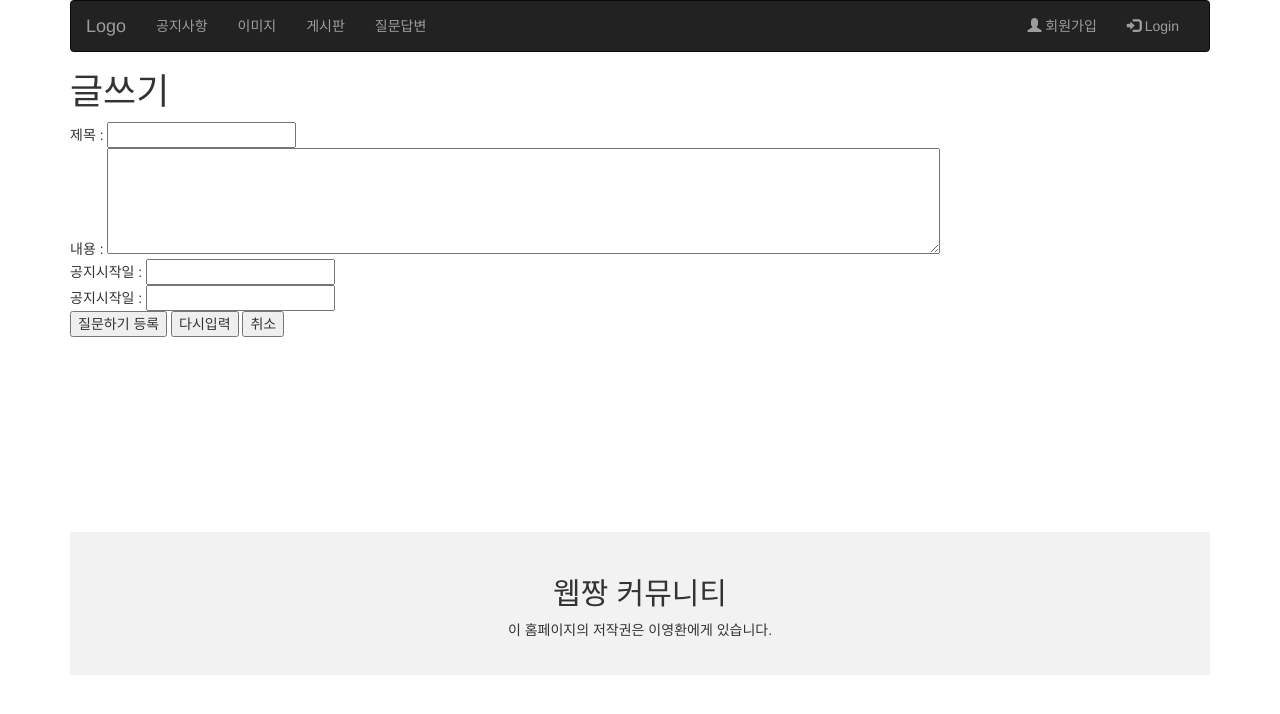
Repository: xo461/test
Page: http://localhost/webjjangcom_ver2/qna/writeForm.jsp
The author's editor kept a copy of each file at every save. The page is drawn from the files as they stood at one save, then again after the next save.
The browser window is 1280 px wide. The pictures show the whole page.
Some web libraries are served in a nearby version. The page is served by Tomcat 9. The template is opened directly, without the code that normally fills it, so the values that code supplies are empty.

Above is the page before, as saved 2019-11-14 06:05:28.

After the next save:
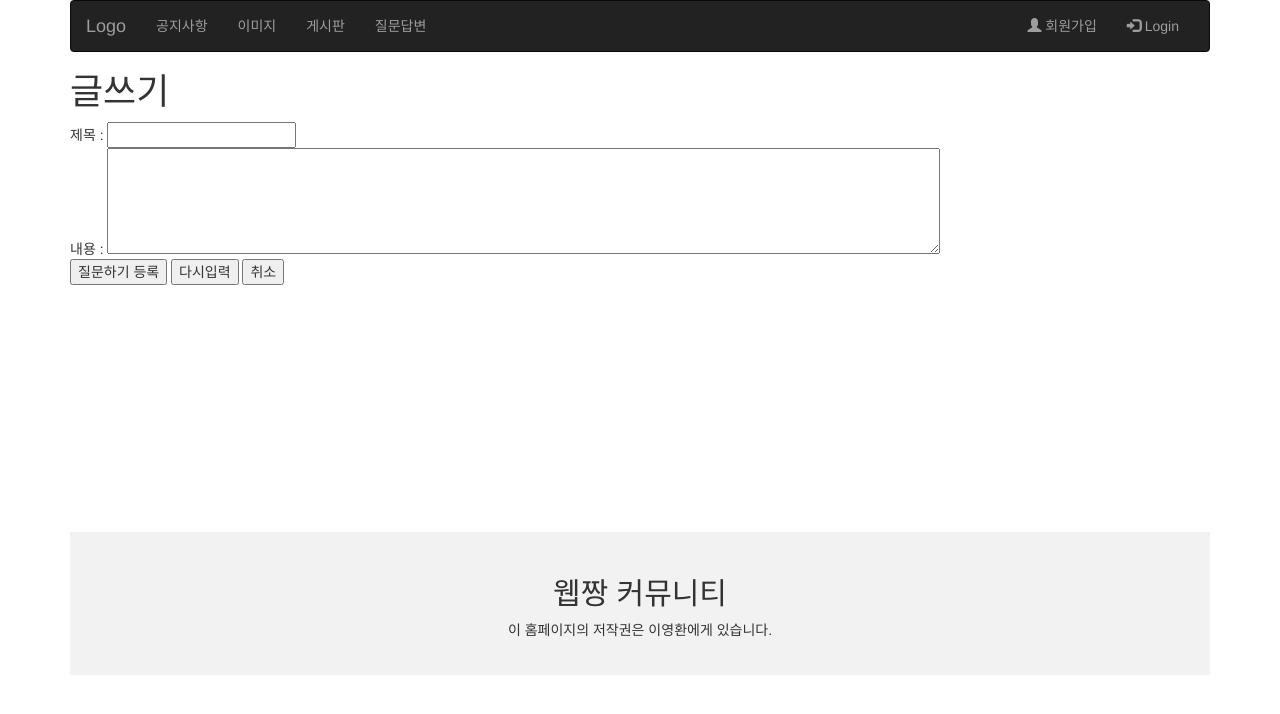
Saved 53 s later.
--- a/web/webjjangcom_ver2/WebContent/qna/writeForm.jsp
+++ b/web/webjjangcom_ver2/WebContent/qna/writeForm.jsp
@@ -19,8 +19,6 @@
 	제목 : <input name = "title"><br/>
 	내용 : <textarea rows="5" cols="100" name="content"></textarea>
 	<br/>
-	공지시작일 : <input name = "startDate"><br/>
-	공지시작일 : <input name = "endDate"><br/>
 <!-- 	button tag의 기본  type은 submit이다. 그래서 생략가능  -->
 	<button>질문하기 등록</button>
 	<button type="reset">다시입력</button>
